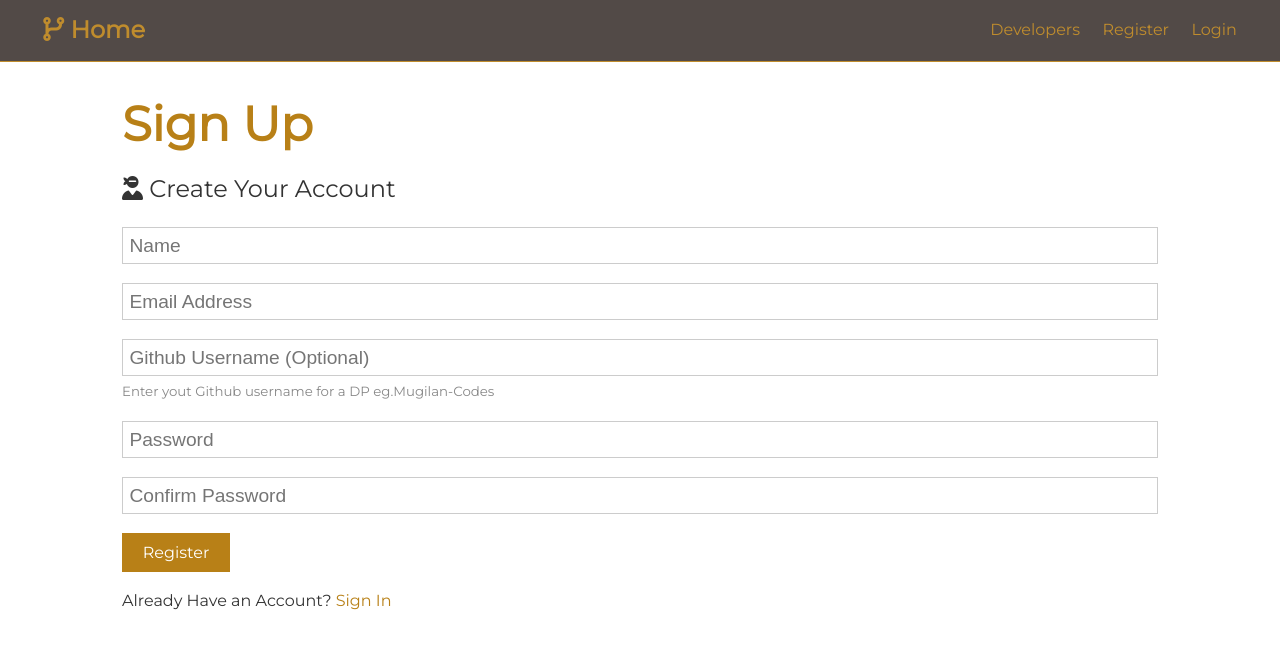
Repository: devnight0913/skechbook
Page: /register (app in client/)
The author's editor kept a copy of each file at every save. The page is drawn from the files as they stood at one save, then again after the next save.
The browser window is 1280 px wide. The pictures show the whole page.
Some web libraries are served in a nearby version. The project was rebuilt for these pictures with package versions that can differ from the ones it lists, and the page was loaded fresh each time. Also part of the build but not shown: client/src/components/layout/Landing.js, client/src/components/auth/Login.js, client/src/components/dashboard/DashboardActions.js, client/src/actions/profile.js, client/src/utils/formatDate.js, client/src/components/dashboard/Experience.js, client/src/components/dashboard/Education.js, client/src/components/dashboard/Dashboard.js and 21 more.

Above is the page before, as saved 2023-07-23 11:18:20.

### client/public/index.html
<!DOCTYPE html>
<html lang="en">
  <head>
    <meta charset="utf-8" />
    <link rel="icon" href="%PUBLIC_URL%/favicon.ico" />
    <meta name="viewport" content="width=device-width, initial-scale=1" />
    <meta name="theme-color" content="#000000" />
    <meta
      name="description"
      content="Web site created using create-react-app"
    />
    <link rel="apple-touch-icon" href="%PUBLIC_URL%/logo192.png" />

    <!-- Font Awesome Kit -->
    <script
      src="https://kit.fontawesome.com/9cd49f9282.js"
      crossorigin="anonymous"
    ></script>

    <link rel="manifest" href="%PUBLIC_URL%/manifest.json" />
    <title>Welcome to DevBook</title>
  </head>
  <body>
    <noscript>You need to enable JavaScript to run this app.</noscript>
    <div id="root"></div>
  </body>
</html>

### client/src/index.js
import { render } from 'react-dom';

import App from './App';

render(<App />, document.getElementById('root'));

### client/src/App.js
import { useEffect } from 'react';
import { BrowserRouter, Routes, Route } from 'react-router-dom';

import Navbar from './components/layout/Navbar';
import Landing from './components/layout/Landing';
import Login from './components/auth/Login';
import Register from './components/auth/Register';
import Alert from './components/layout/Alert';
import Dashboard from './components/dashboard/Dashboard';
import ProfileForm from './components/profile-form/ProfileForm';
import AddExperience from './components/profile-form/AddExperience';
import AddEducation from './components/profile-form/AddEducation';
import Profiles from './components/profiles/Profiles';
import Profile from './components/profile/Profile';
import Posts from './components/posts/Posts';
import Post from './components/post/Post';
import NotFound from './components/layout/NotFound';
import PrivateRoute from './components/routing/PrivateRoute';

// Redux
import { Provider } from 'react-redux';
import { store } from './store';
import { loadUser } from './actions/auth';
import { LOGOUT } from './actions/types';
import setAuthToken from './utils/setAuthToken';

import './App.css';

const App = () => {
  useEffect(() => {
    // check for token in LS when app first runs
    if (localStorage.token) {
      // if there is a token set axios headers for all requests
      setAuthToken(localStorage.token);
    }
    // try to fetch a user, if no token or invalid token we
    // will get a 401 response from our API
    store.dispatch(loadUser());

    // log user out from all tabs if they log out in one tab
    window.addEventListener('storage', () => {
      if (!localStorage.token) store.dispatch({ type: LOGOUT });
    });
  }, []);

  return (
    <Provider store={store}>
      <BrowserRouter>
        <Navbar />

        <Alert />

        <Routes>
          <Route path='/' element={<Landing />} />
          <Route path='register' element={<Register />} />
          <Route path='login' element={<Login />} />
          <Route path='profiles' element={<Profiles />} />
          <Route path='profile/:id' element={<Profile />} />
          <Route
            path='dashboard'
            element={<PrivateRoute component={Dashboard} />}
          />
          <Route
            path='create-profile'
            element={<PrivateRoute component={ProfileForm} />}
          />
          <Route
            path='edit-profile'
            element={<PrivateRoute component={ProfileForm} />}
          />
          <Route
            path='add-experience'
            element={<PrivateRoute component={AddExperience} />}
          />
          <Route
            path='add-education'
            element={<PrivateRoute component={AddEducation} />}
          />
          <Route path='posts' element={<PrivateRoute component={Posts} />} />
          <Route path='posts/:id' element={<PrivateRoute component={Post} />} />
          <Route path='/*' element={<NotFound />} />
        </Routes>
      </BrowserRouter>
    </Provider>
  );
};

export default App;

### client/src/components/layout/Alert.js
import PropTypes from 'prop-types';
import { connect } from 'react-redux';

const Alert = ({ alerts }) => (
  <div className='alert-wrapper'>
    {alerts.map((alert) => (
      <div key={alert.id} className={`alert alert-${alert.alertType}`}>
        {alert.msg}
      </div>
    ))}
  </div>
);

Alert.propTypes = {
  alerts: PropTypes.array.isRequired,
};

const mapStateToProps = (state) => ({ alerts: state.alert });

export default connect(mapStateToProps)(Alert);

### client/src/store.js
import { createStore, applyMiddleware } from 'redux';
import { composeWithDevTools } from 'redux-devtools-extension';
import thunk from 'redux-thunk';

import rootReducer from './reducers';
import setAuthToken from './utils/setAuthToken';

const initialState = {};
const middleware = [thunk];

// TODO: default export store
export const store = createStore(
  rootReducer,
  initialState,
  composeWithDevTools(applyMiddleware(...middleware))
);

/*
  NOTE: set up a store subscription listener
  to store the users token in localStorage
 */

/*
  initialize current state from redux store for subscription comparison
  preventing undefined error
 */
let currentState = store.getState();

store.subscribe(() => {
  // keep track of the previous and current state to compare changes
  let previousState = currentState;
  currentState = store.getState();
  // if the token changes set the value in localStorage and axios headers
  if (previousState.auth.token !== currentState.auth.token) {
    const token = currentState.auth.token;
    setAuthToken(token);
  }
});

### client/src/actions/types.js
export const SET_ALERT = 'SET_ALERT';
export const REMOVE_ALERT = 'REMOVE_ALERT';

export const REGISTER_SUCCESS = 'REGISTER_SUCCESS';
export const REGISTER_FAIL = 'REGISTER_FAIL'; // remove

export const USER_LOADED = 'USER_LOADED';
export const AUTH_ERROR = 'AUTH_ERROR';

export const LOGIN_SUCCESS = 'LOGIN_SUCCESS';
export const LOGIN_FAIL = 'LOGIN_FAIL'; // remove
export const LOGOUT = 'LOGOUT';

export const GET_PROFILE = 'GET_PROFILE';
export const GET_PROFILES = 'GET_PROFILES';
export const GET_REPOS = 'GET_REPOS';
export const NO_REPOS = 'NO_REPOS';
export const UPDATE_PROFILE = 'UPDATE_PROFILE';
export const CLEAR_PROFILE = 'CLEAR_PROFILE';
export const PROFILE_ERROR = 'PROFILE_ERROR';

export const ACCOUNT_DELETED = 'ACCOUNT_DELETED';

export const GET_POSTS = 'GET_POSTS';
export const GET_POST = 'GET_POST';
export const POST_ERROR = 'POST_ERROR';
export const UPDATE_LIKES = 'UPDATE_LIKES';
export const DELETE_POST = 'DELETE_POST';
export const ADD_POST = 'ADD_POST';

export const ADD_COMMENT = 'ADD_COMMENT';
export const REMOVE_COMMENT = 'REMOVE_COMMENT';

### client/src/App.css
@import url('https://fonts.googleapis.com/css?family=Montserrat|Raleway&display=swap');
.m-1 {
  margin: 1rem;
}

.my-1 {
  margin: 1rem 0;
}

.p-1 {
  padding: 1rem;
}

.py-1 {
  padding: 1rem 0;
}

.m-2 {
  margin: 2rem;
}

.my-2 {
  margin: 2rem 0;
}

.p-2 {
  padding: 2rem;
}

.py-2 {
  padding: 2rem 0;
}

.m-3 {
  margin: 3rem;
}

.my-3 {
  margin: 3rem 0;
}

.p-3 {
  padding: 3rem;
}

.py-3 {
  padding: 3rem 0;
}

.m-4 {
  margin: 4rem;
}

.my-4 {
  margin: 4rem 0;
}

.p-4 {
  padding: 4rem;
}

.py-4 {
  padding: 4rem 0;
}

.m-5 {
  margin: 5rem;
}

.my-5 {
  margin: 5rem 0;
}

.p-5 {
  padding: 5rem;
}

.py-5 {
  padding: 5rem 0;
}

.container {
  max-width: 1100px;
  margin: auto;
  overflow: hidden;
  padding: 0 2rem;
  margin-top: 6rem;
  margin-bottom: 3rem;
}

.x-large {
  font-size: 4rem;
  line-height: 1.2;
  margin-bottom: 1rem;
}

.large {
  font-size: 3rem;
  line-height: 1.2;
  margin-bottom: 1rem;
}

.lead {
  font-size: 1.5rem;
  margin-bottom: 1rem;
}

.text-primary {
  color: #b88017;
}

.round-img {
  border-radius: 50%;
}

.line {
  height: 1px;
  background: #ccc;
  margin: 1.5rem 0;
}

.bg-primary {
  background-color: #b88017;
  color: #fff;
}

.bg-light {
  background-color: #f4f4f4;
  color: #333;
  border: #ccc 1px solid;
}

.bg-dark {
  background-color: #403734;
  color: #fff;
}

.bg-success {
  background-color: #28a745;
  color: #fff;
}

.bg-danger {
  background-color: #dc3545;
  color: #fff;
}

.bg-white {
  background-color: #fff;
  color: #333;
  border: #ccc 1px solid;
}

.btn {
  display: inline-block;
  background: #f4f4f4;
  color: #333;
  padding: 0.4rem 1.3rem;
  border: none;
  cursor: pointer;
  font-size: 1rem;
  margin-right: 0.5rem;
  outline: none;
  -webkit-transition: all 0.2s ease-in;
  transition: all 0.2s ease-in;
}

.btn.btn-primary {
  background-color: #b88017;
  color: #fff;
}

.btn.btn-primary:hover {
  background: #cf901a;
}

.btn.btn-dark {
  background-color: #403734;
  color: #fff;
}

.btn.btn-dark:hover {
  background: #4e433f;
}

.btn.btn-success {
  background-color: #28a745;
  color: #fff;
}

.btn.btn-success:hover {
  background: #2dbc4e;
}

.btn.btn-danger {
  background-color: #dc3545;
  color: #fff;
}

.btn.btn-danger:hover {
  background: #e04b59;
}

.btn:hover {
  background: #786762;
  color: #fff;
}

.alert {
  padding: 0.8rem;
  margin: 1rem;
  opacity: 0.9;
  background: #f4f4f4;
  color: #333;
}

.alert.alert-primary {
  background-color: #b88017;
  color: #fff;
}

.alert.alert-dark {
  background-color: #403734;
  color: #fff;
}

.alert.alert-success {
  background-color: #28a745;
  color: #fff;
}

.alert.alert-danger {
  background-color: #dc3545;
  color: #fff;
}

.badge {
  font-size: 0.8rem;
  padding: 0.1rem;
  text-align: center;
  margin: 0.3rem;
  background: #f4f4f4;
  color: #333;
}

.badge.badge-primary {
  background-color: #b88017;
  color: #fff;
}

.badge.badge-dark {
  background-color: #403734;
  color: #fff;
}

.badge.badge-success {
  background-color: #28a745;
  color: #fff;
}

.badge.badge-danger {
  background-color: #dc3545;
  color: #fff;
}

.dark-overlay {
  height: 100%;
  width: 100%;
  position: absolute;
  top: 0;
  left: 0;
  background-color: rgba(0, 0, 0, 0.5);
}

.table th,
.table td {
  padding: 1rem;
  text-align: left;
}

.table th {
  background: #f4f4f4;
}

.form-group {
  margin: 1.2rem 0;
}

.form-text {
  display: block;
  margin-top: 0.3rem;
  color: #888;
}

.form input[type='text'],
.form input[type='email'],
.form input[type='password'],
.form input[type='date'],
.form select,
.form textarea {
  display: block;
  width: 100%;
  padding: 0.4rem;
  font-size: 1.2rem;
  border: 1px solid #ccc;
}

.form input[type='submit'] {
  font: inherit;
}

.form .social-input {
  display: -webkit-box;
  display: -ms-flexbox;
  display: flex;
}

.form .social-input i {
  padding: 0.5rem;
  width: 4rem;
}

.form .social-input i.fa-twitter {
  color: #55acee;
}

.form .social-input i.fa-facebook {
  color: #3b5999;
}

.form .social-input i.fa-youtube {
  color: #cd201f;
}

.form .social-input i.fa-reddit {
  color: #ff5700;
}

.form .social-input i.fa-linkedin {
  color: #0077b5;
}

.form .social-input i.fa-instagram {
  color: #e4405f;
}

* {
  -webkit-box-sizing: border-box;
  box-sizing: border-box;
  margin: 0;
  padding: 0;
}

body {
  font-family: 'Montserrat', 'Raleway', sans-serif;
  font-size: 1rem;
  line-height: 1.6;
  background-color: #fff;
  color: #333;
}

a {
  text-decoration: none;
  color: #b88017;
}

ul {
  list-style-type: none;
}

img {
  width: 100%;
}

.navbar {
  display: -webkit-box;
  display: -ms-flexbox;
  display: flex;
  -webkit-box-align: center;
  -ms-flex-align: center;
  align-items: center;
  -webkit-box-pack: justify;
  -ms-flex-pack: justify;
  justify-content: space-between;
  padding: 0.7rem 2rem;
  position: fixed;
  z-index: 1;
  width: 100%;
  top: 0;
  border-bottom: solid 1px #b88017;
  opacity: 0.9;
}

.navbar ul {
  display: -webkit-box;
  display: -ms-flexbox;
  display: flex;
}

.navbar a {
  color: #b88017;
  padding: 0.45rem;
  margin: 0 0.25rem;
}

.navbar a:hover {
  color: #fff;
}

.landing {
  position: relative;
  background: url('./img/showcase.jpg') no-repeat center center/cover;
  height: 100vh;
}

.landing-inner {
  color: #fff;
  height: 100%;
  display: -webkit-box;
  display: -ms-flexbox;
  display: flex;
  -webkit-box-orient: vertical;
  -webkit-box-direction: normal;
  -ms-flex-direction: column;
  flex-direction: column;
  width: 80%;
  margin: auto;
  -webkit-box-align: center;
  -ms-flex-align: center;
  align-items: center;
  -webkit-box-pack: center;
  -ms-flex-pack: center;
  justify-content: center;
  text-align: center;
}

.profile {
  display: -ms-grid;
  display: grid;
  -ms-grid-columns: 2fr 4fr 2fr;
  grid-template-columns: 2fr 4fr 2fr;
  grid-gap: 2rem;
  -webkit-box-align: center;
  -ms-flex-align: center;
  align-items: center;
  padding: 1rem;
  line-height: 1.8;
  margin-bottom: 1rem;
}

.profile-grid {
  display: -ms-grid;
  display: grid;
  grid-template-areas: 'top top' 'about about' 'exp edu' 'github github';
  grid-gap: 1rem;
}

.profile-grid .profile-top {
  -ms-grid-row: 1;
  -ms-grid-column: 1;
  -ms-grid-column-span: 2;
  grid-area: top;
  display: -webkit-box;
  display: -ms-flexbox;
  display: flex;
  -webkit-box-orient: vertical;
  -webkit-box-direction: normal;
  -ms-flex-direction: column;
  flex-direction: column;
  -webkit-box-align: center;
  -ms-flex-align: center;
  align-items: center;
  -webkit-box-pack: center;
  -ms-flex-pack: center;
  justify-content: center;
  text-align: center;
}

.profile-grid .profile-top img {
  width: 250px;
}

.profile-grid .profile-top .icons a {
  color: #fff;
  margin: 0 0.3rem;
}

.profile-grid .profile-top .icons a:hover {
  color: #403734;
}

.profile-grid .profile-about {
  -ms-grid-row: 2;
  -ms-grid-column: 1;
  -ms-grid-column-span: 2;
  grid-area: about;
  text-align: center;
}

.profile-grid .profile-about .skills {
  display: -webkit-box;
  display: -ms-flexbox;
  display: flex;
  -webkit-box-pack: center;
  -ms-flex-pack: center;
  justify-content: center;
  -webkit-box-align: center;
  -ms-flex-align: center;
  align-items: center;
  text-align: center;
}

.profile-grid .profile-exp {
  -ms-grid-row: 3;
  -ms-grid-column: 1;
  grid-area: exp;
}

.profile-grid .profile-edu {
  -ms-grid-row: 3;
  -ms-grid-column: 2;
  grid-area: edu;
}

.profile-grid .profile-exp > div,
.profile-grid .profile-edu > div {
  margin-bottom: 1rem;
  padding-bottom: 1rem;
  border-bottom: #ccc 1px dotted;
}

.profile-grid .profile-exp > div:last-child,
.profile-grid .profile-edu > div:last-child {
  border: none;
}

.profile-grid .profile-exp p,
.profile-grid .profile-edu p {
  margin: 0.5rem 0;
}

.profile-grid .profile-github {
  -ms-grid-row: 4;
  -ms-grid-column: 1;
  -ms-grid-column-span: 2;
  grid-area: github;
}

.profile-grid .profile-github .repo {
  display: -webkit-box;
  display: -ms-flexbox;
  display: flex;
}

.profile-grid .profile-github .repo > div:first-child {
  -webkit-box-flex: 7;
  -ms-flex: 7;
  flex: 7;
  -ms-flex-preferred-size: 70%;
  flex-basis: 70%;
}

.profile-grid .profile-github .repo > div:last-child {
  -webkit-box-flex: 3;
  -ms-flex: 3;
  flex: 3;
  -ms-flex-preferred-size: 20%;
  flex-basis: 20%;
}

.post-form-header {
  padding: 0.5rem;
}

.post {
  display: -ms-grid;
  display: grid;
  -ms-grid-columns: 1fr 4fr;
  grid-template-columns: 1fr 4fr;
  grid-gap: 2rem;
  -webkit-box-align: center;
  -ms-flex-align: center;
  align-items: center;
}

.post > div:first-child {
  text-align: center;
}

.post img {
  width: 150px;
}

.post .comment-count {
  background: var(--light-color);
  color: var(--primary-color);
  padding: 0.1rem 0.2rem;
  border-radius: 5px;
  font-size: 0.8rem;
}

.post .post-date {
  color: #aaa;
  font-size: 0.8rem;
  margin-bottom: 0.5rem;
}

@media (max-width: 700px) {
  .hide-sm {
    display: none;
  }
  .container {
    margin-top: 8rem;
  }
  .x-large {
    font-size: 3rem;
  }
  .large {
    font-size: 2rem;
  }
  .lead {
    font-size: 1rem;
  }
  .navbar {
    display: block;
    text-align: center;
  }
  .navbar ul {
    text-align: center;
    -webkit-box-pack: center;
    -ms-flex-pack: center;
    justify-content: center;
  }
  .navbar h1 {
    margin-bottom: 1rem;
  }
  .dash-buttons a {
    display: block;
    width: 100%;
    margin-bottom: 0.2rem;
  }
  .profile {
    -ms-grid-columns: 1fr;
    grid-template-columns: 1fr;
    text-align: center;
  }
  .profile ul {
    display: none;
  }
  .profile-grid {
    grid-template-areas: 'top' 'about' 'exp' 'edu' 'github';
  }
  .profile-about .skills {
    -webkit-box-orient: vertical;
    -webkit-box-direction: normal;
    -ms-flex-direction: column;
    flex-direction: column;
  }
  .post {
    -ms-grid-columns: 1fr;
    grid-template-columns: 1fr;
  }
  .post a,
  .post button {
    padding: 0.3rem 0.4rem;
  }
}

.alert-wrapper {
  position: fixed;
  top: 4rem;
  right: 2rem;
  display: inline-block;
}

### client/src/actions/alert.js
import { v4 as uuidv4 } from 'uuid';

import { SET_ALERT, REMOVE_ALERT } from './types';

export const setAlert =
  (msg, alertType, timeout = 5000) =>
  (dispatch) => {
    const id = uuidv4();

    dispatch({
      type: SET_ALERT,
      payload: { msg, alertType, id },
    });

    setTimeout(
      () =>
        dispatch({
          type: REMOVE_ALERT,
          payload: id,
        }),
      timeout
    );
  };

### client/src/reducers/index.js
import { combineReducers } from 'redux';

import alertReducer from './alert';
import authReducer from './auth';
import profileReducer from './profile';
import postReducer from './post';

export default combineReducers({
  alert: alertReducer,
  auth: authReducer,
  profile: profileReducer,
  post: postReducer,
});

### client/src/reducers/alert.js
import { SET_ALERT, REMOVE_ALERT } from '../actions/types';

const initialState = [];

const alertReducer = (state = initialState, action) => {
  const { type, payload } = action;

  switch (type) {
    case SET_ALERT:
      return [...state, payload];
    case REMOVE_ALERT:
      return state.filter((alert) => alert.id !== payload);
    default:
      return state;
  }
};

export default alertReducer;

### client/src/reducers/auth.js
import {
  REGISTER_SUCCESS,
  USER_LOADED,
  AUTH_ERROR,
  LOGIN_SUCCESS,
  LOGOUT,
  ACCOUNT_DELETED,
} from '../actions/types';

const initialState = {
  token: localStorage.getItem('token'),
  isAuthenticated: null,
  loading: true,
  user: null,
};

const authReducer = (state = initialState, action) => {
  const { type, payload } = action;

  switch (type) {
    case USER_LOADED:
      return {
        ...state,
        isAuthenticated: true,
        loading: false,
        user: payload,
      };
    case REGISTER_SUCCESS:
    case LOGIN_SUCCESS:
      return {
        ...state,
        ...payload,
        isAuthenticated: true,
        loading: false,
      };
    case AUTH_ERROR:
    case LOGOUT:
    case ACCOUNT_DELETED:
      return {
        ...state,
        token: null,
        isAuthenticated: false,
        loading: false,
        user: null,
      };
    default:
      return state;
  }
};

export default authReducer;

### client/src/components/layout/Footer.js
import { Link } from 'react-router-dom';
import { connect } from 'react-redux';
import PropTypes from 'prop-types';

import { logout } from '../../actions/auth';

const Navbar = ({ auth: { isAuthenticated, loading }, logout }) => {
  const authLinks = (
    <ul>
      <li>
        <Link to='/profiles'>Developers</Link>
      </li>

      <li>
        <Link to='/posts'>Posts</Link>
      </li>

      <li>
        <Link to='/dashboard'>
          <i className='fas fa-user'></i>{' '}
          <span className='hide-sm'>Dashboard</span>
        </Link>
      </li>

      <li>
        <a onClick={logout} href='#!'>
          <i className='fas fa-sign-out-alt'></i>{' '}
          <span className='hide-sm'>Logout</span>
        </a>
      </li>
    </ul>
  );

  const guestLinks = (
    <ul>
      <li>
        <Link to='/profiles'>Developers</Link>
      </li>

      <li>
        <Link to='/register'>Register</Link>
      </li>

      <li>
        <Link to='/login'>Login</Link>
      </li>
    </ul>
  );

  return (
    <nav className='navbar bg-dark'>
      <h1>
        <Link to='/'>
          <i className='fas fa-code-branch' /> Home
        </Link>
      </h1>

      {!loading && <>{isAuthenticated ? authLinks : guestLinks}</>}
    </nav>
  );
};

Navbar.propTypes = {
  logout: PropTypes.func.isRequired,
  auth: PropTypes.object.isRequired,
};

const mapStateToProps = (state) => ({ auth: state.auth });

export default connect(mapStateToProps, { logout })(Navbar);

Loaded but not shown: client/src/utils/setAuthToken.js (common file); client/src/components/auth/Register.js (127 lines, source omitted); client/src/reducers/post.js (83 lines, source omitted); client/src/actions/auth.js (78 lines, source omitted); client/src/components/layout/Navbar.js (70 lines, source omitted); client/src/reducers/profile.js (66 lines, source omitted); client/src/utils/api.js (no copy from this time; the picture is the same without it)

After the next save:
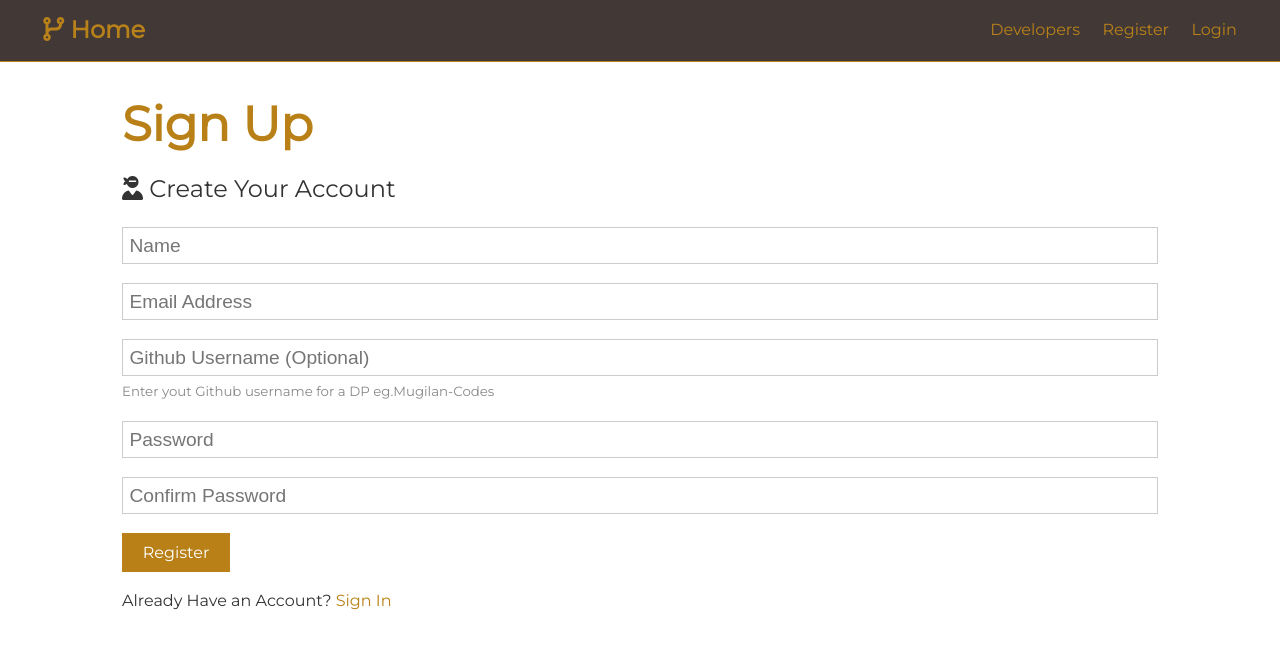
Saved 20 s later.
--- a/client/src/App.js
+++ b/client/src/App.js
@@ -25,6 +25,7 @@
 import setAuthToken from './utils/setAuthToken';
 
 import './App.css';
+import Footer from './components/layout/Footer';
 
 const App = () => {
   useEffect(() => {
@@ -80,6 +81,8 @@
           <Route path='posts/:id' element={<PrivateRoute component={Post} />} />
           <Route path='/*' element={<NotFound />} />
         </Routes>
+
+        <Footer />
       </BrowserRouter>
     </Provider>
   );

After the 2 saves that followed:
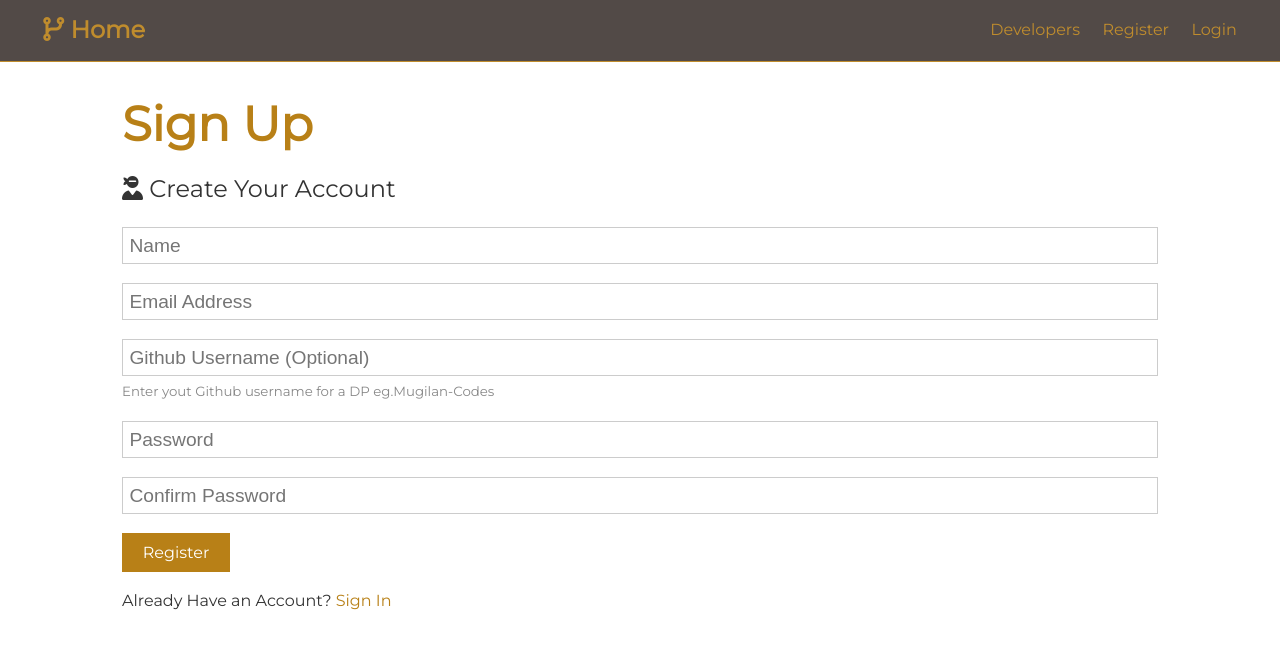
The 2 saves are shown as one change because 1 left the picture as it was.
The last was saved 75 s later.
--- a/client/src/App.js
+++ b/client/src/App.js
@@ -47,7 +47,7 @@
   return (
     <Provider store={store}>
       <BrowserRouter>
-        <Navbar />
+        {/* <Navbar /> */}
 
         <Alert />
 
--- a/client/src/components/layout/Footer.js
+++ b/client/src/components/layout/Footer.js
@@ -4,7 +4,7 @@ import PropTypes from 'prop-types';
 
 import { logout } from '../../actions/auth';
 
-const Navbar = ({ auth: { isAuthenticated, loading }, logout }) => {
+const Footer = ({ auth: { isAuthenticated, loading }, logout }) => {
   const authLinks = (
     <ul>
       <li>
@@ -60,11 +60,11 @@ const Navbar = ({ auth: { isAuthenticated, loading }, logout }) => {
   );
 };
 
-Navbar.propTypes = {
+Footer.propTypes = {
   logout: PropTypes.func.isRequired,
   auth: PropTypes.object.isRequired,
 };
 
 const mapStateToProps = (state) => ({ auth: state.auth });
 
-export default connect(mapStateToProps, { logout })(Navbar);
+export default connect(mapStateToProps, { logout })(Footer);
